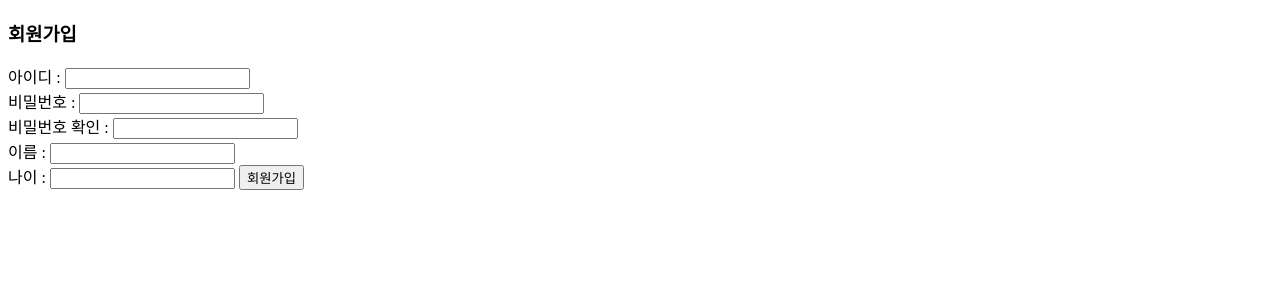
Repository: manggo999/05_Server
Page: ServletPractice/src/main/webapp/index.html
The author's editor kept a copy of each file at every save. The page is drawn from the files as they stood at one save, then again after the next save.
The browser window is 1280 px wide. The pictures show the whole page.

Above is the page before, as saved 2024-10-01 07:40:51.

### ServletPractice/src/main/webapp/index.html
<!DOCTYPE html>
<html lang="en">
    <head>
        <meta charset="UTF-8">
        <meta name="viewport" content="width=device-width, initial-scale=1.0">
        <title>연습문제</title>
    </head>
    <body>

        <h3>회원가입</h3>

    <form action="/signUp" method="post">
        아이디 : <input type="text" name="inputId" required> <br>
        비밀번호 : <input type="password" name="inputPw" required> <br>
        비밀번호 확인 : <input type="password" name="inputPwCheck" required> <br>
        이름 : <input name="inputName" required> <br>
        나이 : <input age="inputAge" required>

        <button>회원가입</button>

    </form>

    </body>
</html>

After the next save:
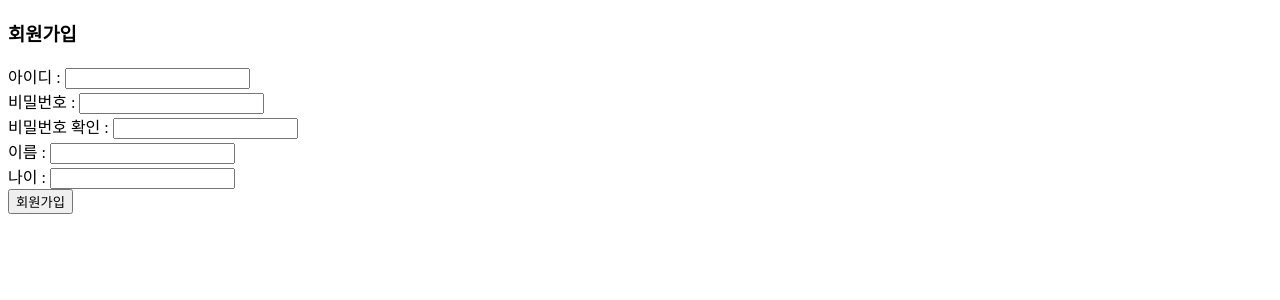
Saved 107 s later.
--- a/ServletPractice/src/main/webapp/index.html
+++ b/ServletPractice/src/main/webapp/index.html
@@ -14,7 +14,7 @@
         비밀번호 : <input type="password" name="inputPw" required> <br>
         비밀번호 확인 : <input type="password" name="inputPwCheck" required> <br>
         이름 : <input name="inputName" required> <br>
-        나이 : <input age="inputAge" required>
+        나이 : <input age="inputAge" required> <br>
 
         <button>회원가입</button>
 
